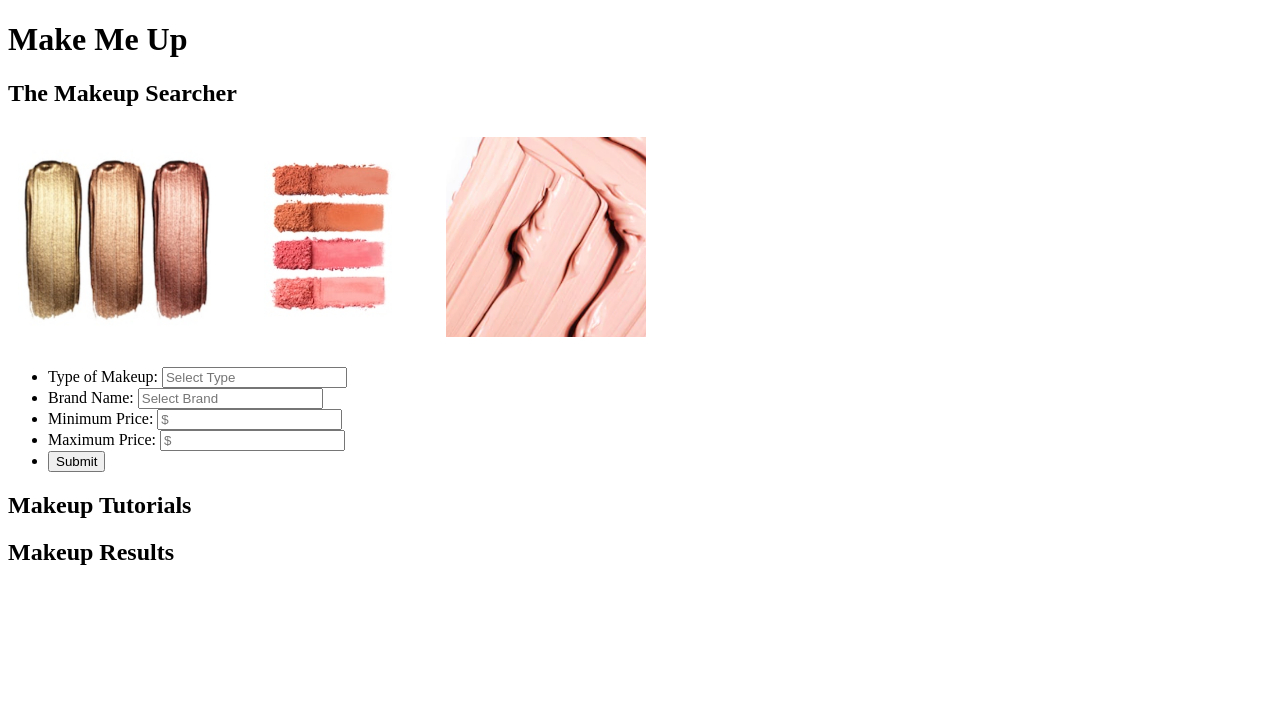
Repository: kaitlynMidori/MakeMeUp
Page: index.html
These files come from the project's save history. The page is drawn as it stood at one moment and after the next save; the edit follows.
The browser window is 1280 px wide. The pictures show the whole page.

Above is the page before, as saved 2020-12-13 17:54:44.

After the next save:
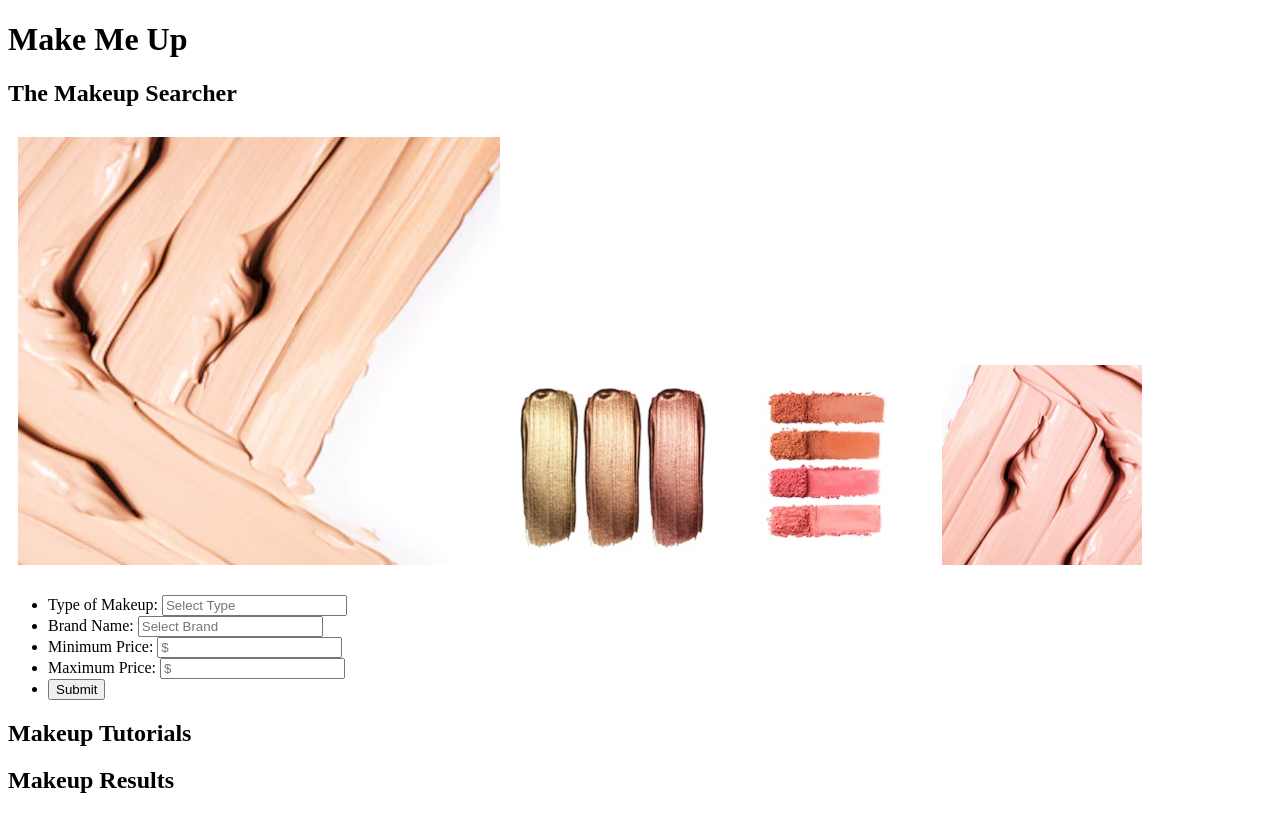
Saved 12 s later.
--- a/index.html
+++ b/index.html
@@ -18,7 +18,7 @@
     </header>
 
     <div id="img-container" class="img" style="padding: 5px;">
-        <!-- <img src="images/smear1.png" alt="eyeshadow smear" height="200" width="200" style="padding: 5px;"> -->
+        <img src="images/smear1.png" alt="eyeshadow smear"  style="padding: 5px;">
         <img src="images/smear2.png" alt="lipstick smear" height="200" width="200" style="padding: 5px;">
         <img src="images/smear4.jpg" alt="concealer smear" height="200" width="200" style="padding: 5px;">
         <img src="images/smear3.png" alt="blush smear" height="200" width="200" style="padding: 5px;">
